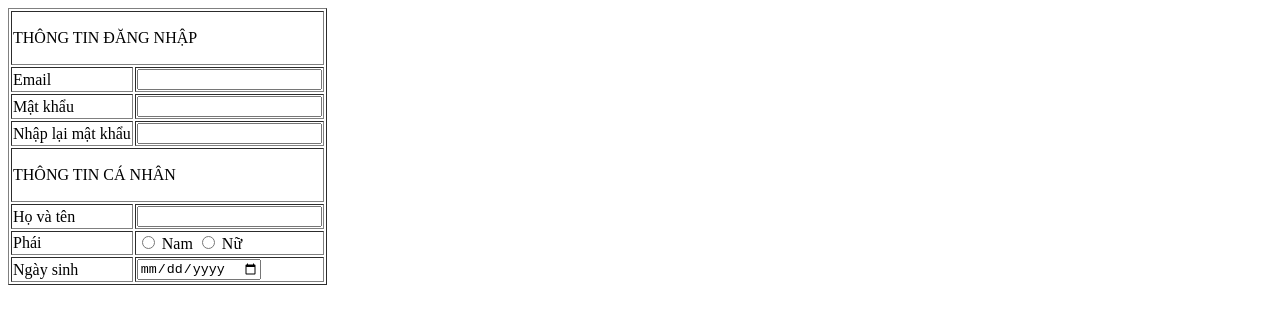
Repository: Vanh260703/Java-Servlet
Page: Bai1_HelloWorld/src/main/webapp/vidu.html
These files come from the project's save history. The page is drawn as it stood at one moment and after the next save; the edit follows.
The browser window is 1280 px wide. The pictures show the whole page.

Above is the page before, as saved 2025-02-28 16:04:38.

### Bai1_HelloWorld/src/main/webapp/vidu.html
<!DOCTYPE html>
<html>
<head>
<meta charset="UTF-8">
<title>Insert title here</title>
</head>
<body>
	<table border = "1">
		<tbody>
			<tr>
				<td colspan = "2"><p>THÔNG TIN ĐĂNG NHẬP</p></td>
			</tr>
			<tr>
				<td>
					<label>Email</label>
				</td>
				<td>
					<input type = "email">
				</td>
			</tr>
			<tr>
				<td>
					<label>Mật khẩu</label>
				</td>
				<td>
					<input type = "password">
				</td>
			</tr>
			<tr>
				<td>
					<label>Nhập lại mật khẩu</label>
				</td>
				<td>
					<input type = "password">
				</td>
			</tr>
			<tr>
				<td colspan = "2"><p>THÔNG TIN CÁ NHÂN</p></td>
			</tr>
			<tr>
				<td>
					<label>Họ và tên</label>
				</td>
				<td>
					<input type = "text">
				</td>
			</tr>
			<tr>
				<td>
					<label>Phái</label>
				</td>
				<td>
					<input type = "radio" id = "male" name = "male" value = "male">
					<label for = "male">Nam</label>
					<input type = "radio" id = "female" name = "female" value = "female">
					<label for = "male">Nữ</label>
				</td>
			</tr>
			<tr>
				<td>
					<label>Ngày sinh</label>
				</td>
				<td>
					<input type = "date">
				</td>
			</tr>

		</tbody>
	</table>

</body>
</html>

After the next save:
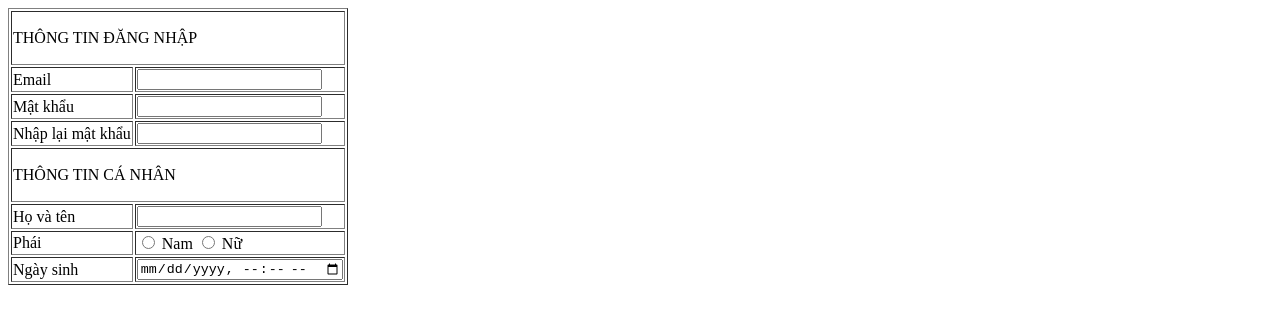
Saved 35 s later.
--- a/Bai1_HelloWorld/src/main/webapp/vidu.html
+++ b/Bai1_HelloWorld/src/main/webapp/vidu.html
@@ -61,7 +61,7 @@
 					<label>Ngày sinh</label>
 				</td>
 				<td>
-					<input type = "date">
+					<input type = "datetime-local">
 				</td>
 			</tr>
 

After the save that followed:
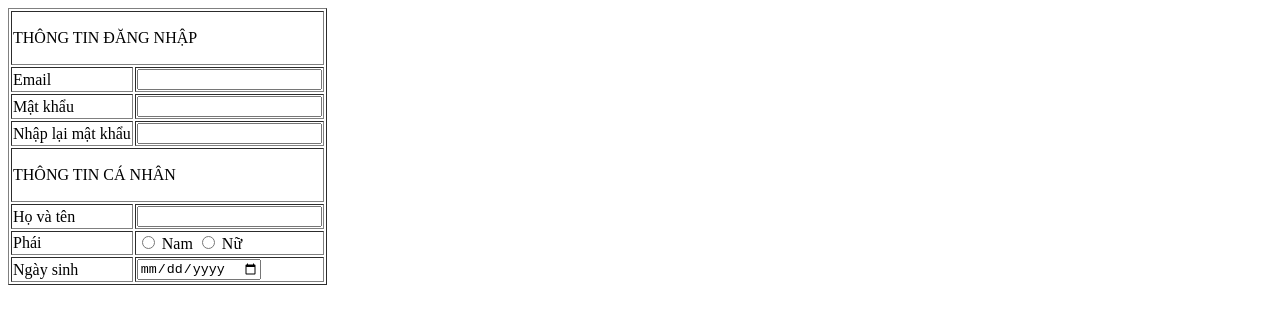
Saved 14 s later.
--- a/Bai1_HelloWorld/src/main/webapp/vidu.html
+++ b/Bai1_HelloWorld/src/main/webapp/vidu.html
@@ -61,7 +61,7 @@
 					<label>Ngày sinh</label>
 				</td>
 				<td>
-					<input type = "datetime-local">
+					<input type = "date">
 				</td>
 			</tr>
 
